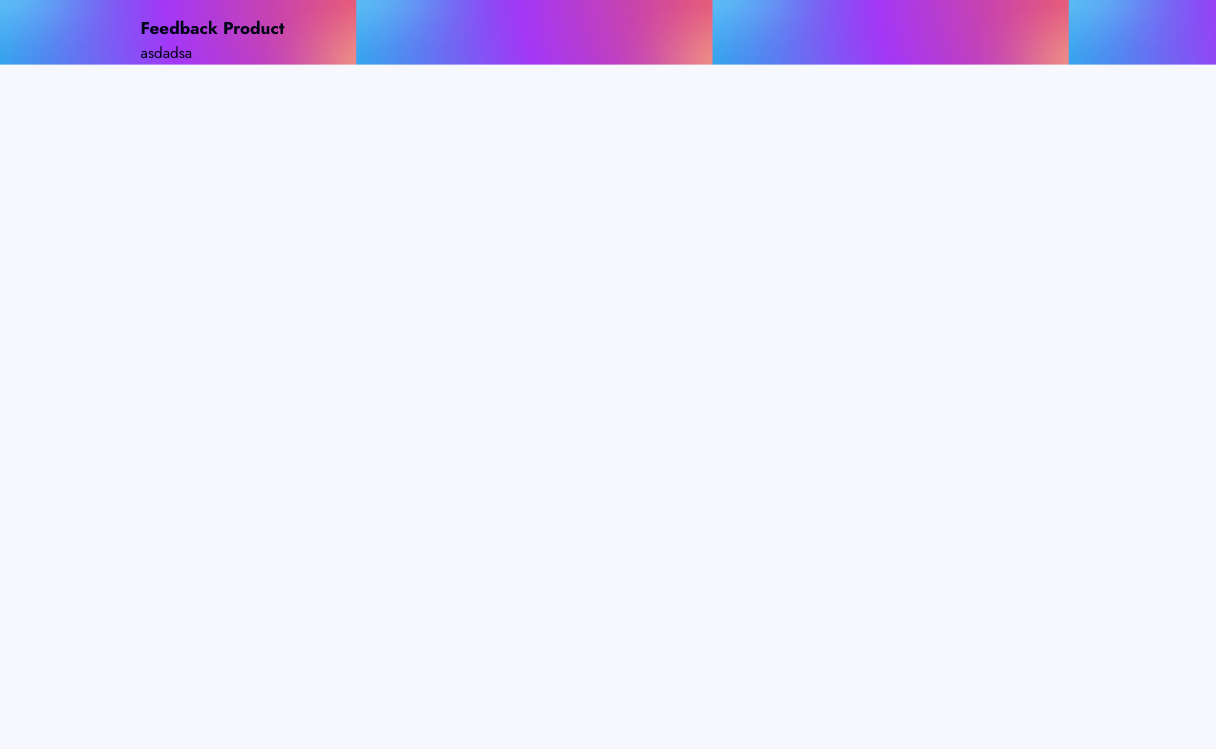
Repository: KornelJanczak/product-feedback-app
Page: /
The author's editor kept a copy of each file at every save. The page is drawn from the files as they stood at one save, then again after a run of saves.
The browser window is 1280 px wide. The pictures show the whole page, at 95% of full size.
The page's requests for data from a server got no answer. The project was rebuilt for these pictures with package versions that can differ from the ones it lists, and the page was loaded fresh each time. The framework's server and built-in components were replaced by stand-ins that run in the browser. No one was signed in, and anything a server would have sent is missing. Also part of the build but not shown: next.config.js, next.config.mjs.

Above is the page before, as saved 2024-01-29 16:34:03.

### app/layout.tsx
import type { Metadata } from "next";
import { Jost } from "next/font/google";
import { Toaster } from "sonner";
import "./globals.css";
import { authOptions } from "@/app/api/auth/[...nextauth]/options";
import { getServerSession } from "next-auth";
import AuthProvider from "@/providers/session-provider";

export const jost = Jost({
  subsets: ["latin"],
});

export const metadata: Metadata = {
  title: "Product Feedback",
  description: "Create your own section!",
};

export default async function RootLayout({
  children,
}: Readonly<{
  children: React.ReactNode;
}>) {
  const session = await getServerSession(authOptions);

  return (
    <html lang="en">
      <body
        className={`${jost.className} bg-darkWhite`}
        suppressHydrationWarning={true}
      >
        <AuthProvider session={session}>
          <Toaster position="top-center" />
          {children}
        </AuthProvider>
      </body>
    </html>
  );
}

### app/(content)/layout.tsx
import { ReactNode } from "react";
import Nav from "./_components/nav";

export default function Layout({ children }: { children: ReactNode }) {
  return (
    <>
      <Nav />
      {children}
    </>
  );
}

### app/globals.css
@tailwind base;
@tailwind components;
@tailwind utilities;

* {
  margin: 0;
  padding: 0;
}

@layer base {
  :root {
    --background: 0 0% 100%;
    --foreground: 222.2 84% 4.9%;

    --card: 0 0% 100%;
    --card-foreground: 222.2 84% 4.9%;

    --popover: 0 0% 100%;
    --popover-foreground: 222.2 84% 4.9%;

    --primary: 222.2 47.4% 11.2%;
    --primary-foreground: 210 40% 98%;

    --secondary: 210 40% 96.1%;
    --secondary-foreground: 222.2 47.4% 11.2%;

    --muted: 210 40% 96.1%;
    --muted-foreground: 215.4 16.3% 46.9%;

    --accent: 210 40% 96.1%;
    --accent-foreground: 222.2 47.4% 11.2%;

    --destructive: 0 84.2% 60.2%;
    --destructive-foreground: 210 40% 98%;

    --border: 214.3 31.8% 91.4%;
    --input: 214.3 31.8% 91.4%;
    --ring: 222.2 84% 4.9%;

    --radius: 0.5rem;
  }

  .dark {
    --background: 222.2 84% 4.9%;
    --foreground: 210 40% 98%;

    --card: 222.2 84% 4.9%;
    --card-foreground: 210 40% 98%;

    --popover: 222.2 84% 4.9%;
    --popover-foreground: 210 40% 98%;

    --primary: 210 40% 98%;
    --primary-foreground: 222.2 47.4% 11.2%;

    --secondary: 217.2 32.6% 17.5%;
    --secondary-foreground: 210 40% 98%;

    --muted: 217.2 32.6% 17.5%;
    --muted-foreground: 215 20.2% 65.1%;

    --accent: 217.2 32.6% 17.5%;
    --accent-foreground: 210 40% 98%;

    --destructive: 0 62.8% 30.6%;
    --destructive-foreground: 210 40% 98%;

    --border: 217.2 32.6% 17.5%;
    --input: 217.2 32.6% 17.5%;
    --ring: 212.7 26.8% 83.9%;
  }
}

@layer base {
  * {
    @apply border-border;
  }
  body {
    @apply bg-background text-foreground;
  }
}

### app/api/auth/[...nextauth]/options.ts
import NextAuth, { NextAuthOptions } from "next-auth";
import GithubProvider from "next-auth/providers/github";
import CredentialsProvider from "next-auth/providers/credentials";
import { PrismaAdapter } from "@next-auth/prisma-adapter";
import bcryptjs from "bcryptjs";
import prisma from "@/lib/db";

export const authOptions: NextAuthOptions = {
  adapter: PrismaAdapter(prisma),
  session: {
    strategy: "jwt",
  },
  secret: process.env.NEXTAUTH_SECRET,
  pages: {
    signIn: "/login",
  },
  providers: [
    GithubProvider({
      clientId: process.env.GITHUB_ID as string,
      clientSecret: process.env.GITHUB_SECRET as string,
    }),
    CredentialsProvider({
      name: "credentials",
      credentials: {},
      async authorize(credentials) {
        try {
          const { email, password } = credentials as {
            email: string;
            password: string;
          };

          console.log(email, password);
          const user = await prisma?.user.findFirst({
            where: {
              email,
            },
          });

          if (!user) return null;

          const passwordMatch = await bcryptjs.compare(
            password,
            user.password as string
          );

          if (!passwordMatch) return null;

          return user;
        } catch {
          return null;
        }
      },
    }),
  ],
  callbacks: {
    async signIn({ user, account }) {
      if (account?.provider == "credentials") return user;

      if (account?.provider === "github") {
        try {
          const existingUser = await prisma.user.findFirst({
            where: {
              email: user.email as string,
            },
          });

          if (existingUser) return existingUser;

          const newUser = await prisma.user.create({
            data: {
              userName: user.name!,
              email: user.email!,
            },
          });

          return newUser as any;
        } catch {
          return false;
        }
      }
    },
    async jwt({ token }) {
      const dbUser = await prisma.user.findFirst({
        where: {
          email: token.email as string,
        },
      });

      if (!dbUser) return token;

      return {
        id: dbUser.id,
        email: dbUser.email,
        name: dbUser.userName,
      };
    },

    async session({ token, session }) {
      if (token) {
        return {
          ...session,
          user: {
            email: token.email,
            name: token.name,
            id: token.id,
          },
        };
      }
      return session;
    },
    async redirect({ url, baseUrl }) {
      // if (url.startsWith("/")) return `${baseUrl}`;
      // // Allows callback URLs on the same origin
      // else if (new URL(url).origin === baseUrl) return baseUrl;
      // return baseUrl;
      return "/";
    },
  },
};

export default NextAuth(authOptions);

### providers/session-provider.tsx
"use client";
import { SessionProvider } from "next-auth/react";
import { ReactNode } from "react";
export default function AuthProvider({
  children,
  session,
}: {
  children: ReactNode;
  session: any;
}) {
  return <SessionProvider session={session}>{children}</SessionProvider>;
}

### app/(content)/_components/nav.tsx
export default function Nav() {
  return (
    <header className="sm:bg-[url('/public/assets/suggestions/mobile/background-header.png')] text pt-4">
      <div className="container">
        <h2 className="text-lg font-bold">Feedback Product</h2>
        <p>asdadsa</p>
      </div>
    </header>
  );
}

### tailwind.config.ts
import type { Config } from "tailwindcss";

const config = {
  darkMode: ["class"],
  content: [
    "./pages/**/*.{ts,tsx}",
    "./components/**/*.{ts,tsx}",
    "./app/**/*.{ts,tsx}",
    "./src/**/*.{ts,tsx}",
  ],
  prefix: "",
  theme: {
    container: {
      center: true,
      padding: {
        DEFAULT: "1.25rem",
        sm: "1.25rem",
        md: "1.25rem",
        lg: "2,5rem",
        xl: "2,5rem",
        "2xl": "2,5rem",
      },
      screens: {
        default: "1400px",
        sm: "640px",
        md: "768px",
        lg: "1024px",
        xl: "1280",
        "2xl": "1400px",
      },
    },
    extend: {
      backgroundImage: {
        "header-mobile": "url('/assets/suggestions/mobile/background-header.png')",
        "header-desktop": "url('/assets/suggestions/desktop/background-header.png')",
        "header-tablet": "url('/assets/suggestions/tablet/background-header.png')",
      },
      colors: {
        border: "hsl(var(--border))",
        input: "hsl(var(--input))",
        ring: "hsl(var(--ring))",
        background: "hsl(var(--background))",
        foreground: "hsl(var(--foreground))",
        primary: {
          DEFAULT: "hsl(var(--primary))",
          foreground: "hsl(var(--primary-foreground))",
        },
        secondary: {
          DEFAULT: "hsl(var(--secondary))",
          foreground: "hsl(var(--secondary-foreground))",
        },
        destructive: {
          DEFAULT: "hsl(var(--destructive))",
          foreground: "hsl(var(--destructive-foreground))",
        },
        muted: {
          DEFAULT: "hsl(var(--muted))",
          foreground: "hsl(var(--muted-foreground))",
        },
        accent: {
          DEFAULT: "hsl(var(--accent))",
          foreground: "hsl(var(--accent-foreground))",
        },
        popover: {
          DEFAULT: "hsl(var(--popover))",
          foreground: "hsl(var(--popover-foreground))",
        },
        card: {
          DEFAULT: "hsl(var(--card))",
          foreground: "hsl(var(--card-foreground))",
        },
        pink: "#AD1EFA",
        blue: "#4661E6",
        lighterBlue: "#62BCFA",
        dark: "rgb(55, 63, 104)",
        secondDark: "#3A4374",
        grey: "#647196",
        orange: "#F49F85",
        basicWhite: "#ffffff",
        middleWhite: "#F2F4FF",
        darkWhite: "#F7F8FD",
      },
      borderRadius: {
        lg: "var(--radius)",
        md: "calc(var(--radius) - 2px)",
        sm: "calc(var(--radius) - 4px)",
      },
      keyframes: {
        "accordion-down": {
          from: { height: "0" },
          to: { height: "var(--radix-accordion-content-height)" },
        },
        "accordion-up": {
          from: { height: "var(--radix-accordion-content-height)" },
          to: { height: "0" },
        },
      },
      animation: {
        "accordion-down": "accordion-down 0.2s ease-out",
        "accordion-up": "accordion-up 0.2s ease-out",
      },
    },
  },
  plugins: [require("tailwindcss-animate")],
} satisfies Config;

export default config;

Loaded but not shown: app/(content)/page.tsx (common file); lib/db.ts (common file)

After the next 2 saves:
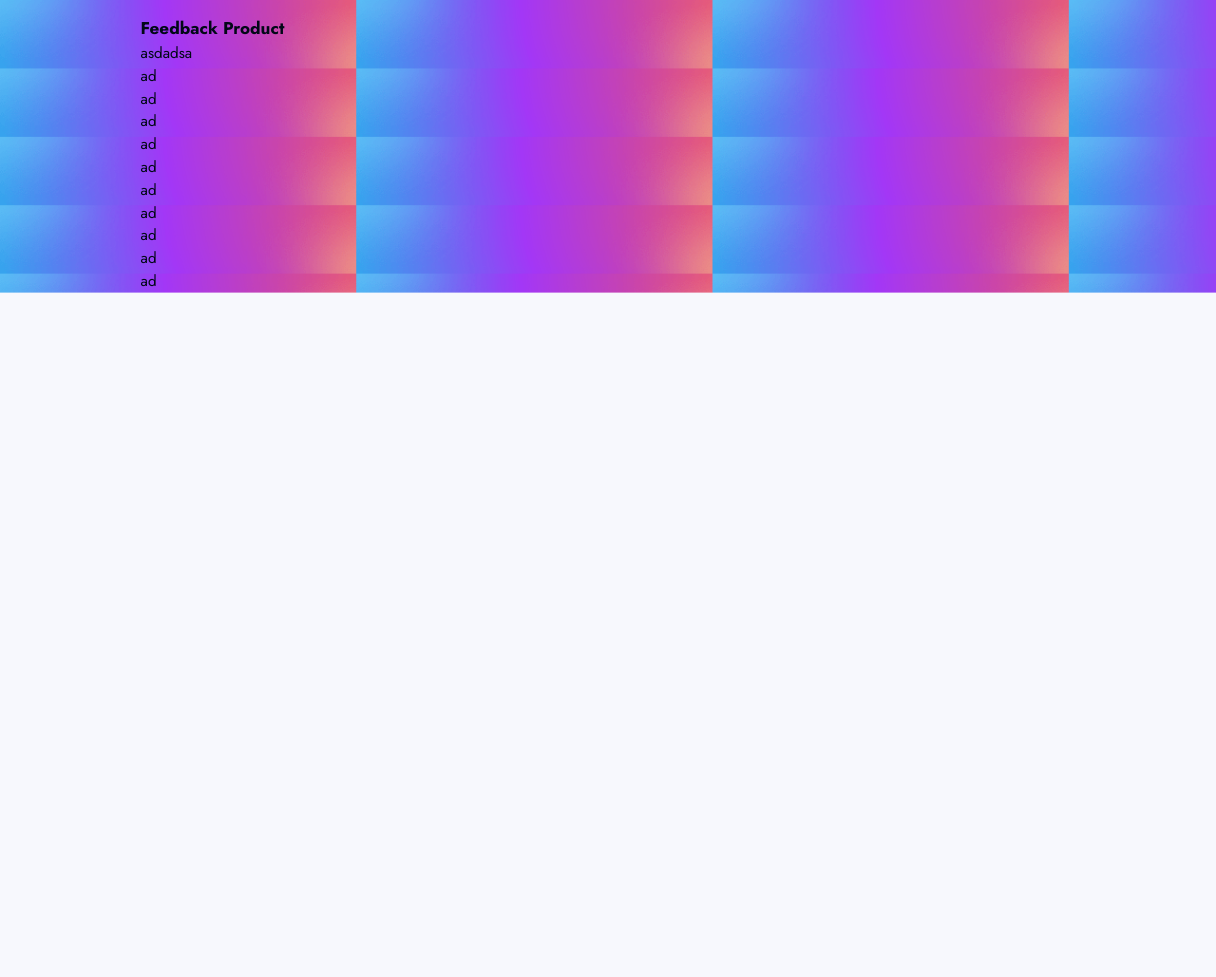
The 2 saves are shown as one change because they came seconds apart.
The last was saved 14 min 56 s later.
--- a/app/(content)/_components/nav.tsx
+++ b/app/(content)/_components/nav.tsx
@@ -4,6 +4,16 @@ export default function Nav() {
       <div className="container">
         <h2 className="text-lg font-bold">Feedback Product</h2>
         <p>asdadsa</p>
+        <p>ad</p>
+        <p>ad</p>
+        <p>ad</p>
+        <p>ad</p>
+        <p>ad</p>
+        <p>ad</p>
+        <p>ad</p>
+        <p>ad</p>
+        <p>ad</p>
+        <p>ad</p>
       </div>
     </header>
   );
